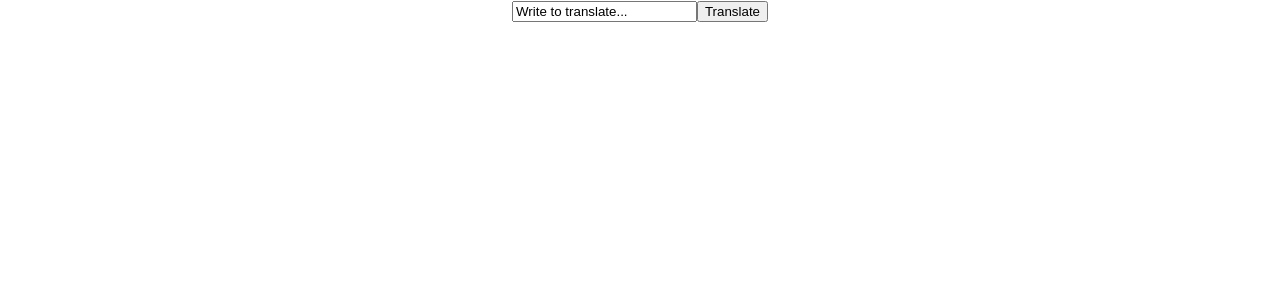
Repository: nguyenduchuy71/amplify-app
Page: /
These files come from the project's save history. The page is drawn as it stood at one moment and after a run of saves; the edit follows.
The browser window is 1280 px wide. The pictures show the whole page.
The project was rebuilt for these pictures with package versions that can differ from the ones it lists, and the page was loaded fresh each time. Imported but missing from the stored project, and not drawn on this page: src/aws-exports.

Above is the page before, as saved 2021-10-10 10:32:58.

### src/index.js
import React from "react";
import ReactDOM from "react-dom";
import "./index.css";
import App from "./App";
import reportWebVitals from "./reportWebVitals";
import Amplify from "aws-amplify";
import config from "./aws-exports";

import { AmazonAIPredictionsProvider } from "@aws-amplify/predictions";

Amplify.configure(config);
Amplify.addPluggable(new AmazonAIPredictionsProvider());

ReactDOM.render(
  <React.StrictMode>
    <App />
  </React.StrictMode>,
  document.getElementById("root")
);

// If you want to start measuring performance in your app, pass a function
// to log results (for example: reportWebVitals(console.log))
// or send to an analytics endpoint. Learn more: https://bit.ly/CRA-vitals
reportWebVitals();

### src/App.js
import React, { useState } from "react";
import logo from "./logo.svg";
import "./App.css";

import { Predictions } from "aws-amplify";

function App() {
  const [reponse, setReponse] = useState("Ready to translate...");
  const [text, setText] = useState("Write to translate...");
  const translateCall = async () => {
    const data = await Predictions.convert({
      translateText: { source: { text } },
    });
    setReponse(data.text);
  };
  return (
    <div className="App">
      <input value={text} onChange={(e) => setText(e.target.value)} />
      <button onClick={translateCall}>Translate</button>
    </div>
  );
}

export default App;

Loaded but not shown: public/index.html (common file); src/index.css (common file); src/reportWebVitals.js (common file); src/App.css (common file)

After the next 3 saves:
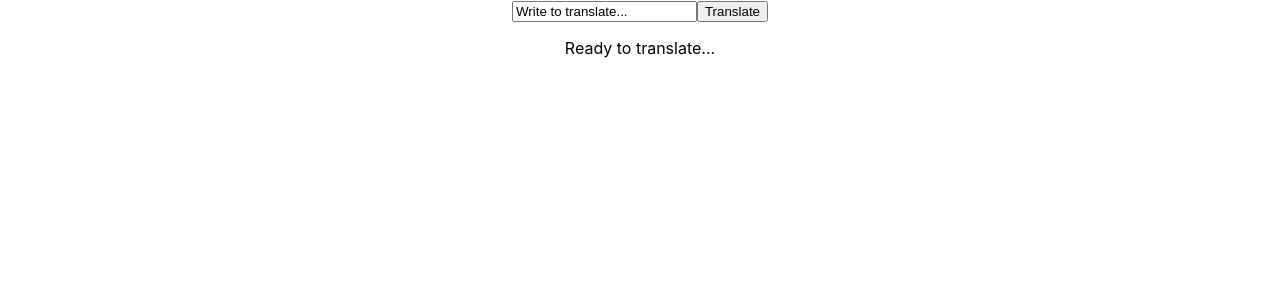
The 3 saves are shown as one change because they came seconds apart.
The last was saved 22 s later.
--- a/src/App.js
+++ b/src/App.js
@@ -1,7 +1,5 @@
 import React, { useState } from "react";
-import logo from "./logo.svg";
 import "./App.css";
-
 import { Predictions } from "aws-amplify";
 
 function App() {
@@ -17,6 +15,7 @@
     <div className="App">
       <input value={text} onChange={(e) => setText(e.target.value)} />
       <button onClick={translateCall}>Translate</button>
+      <p>{reponse}</p>
     </div>
   );
 }
